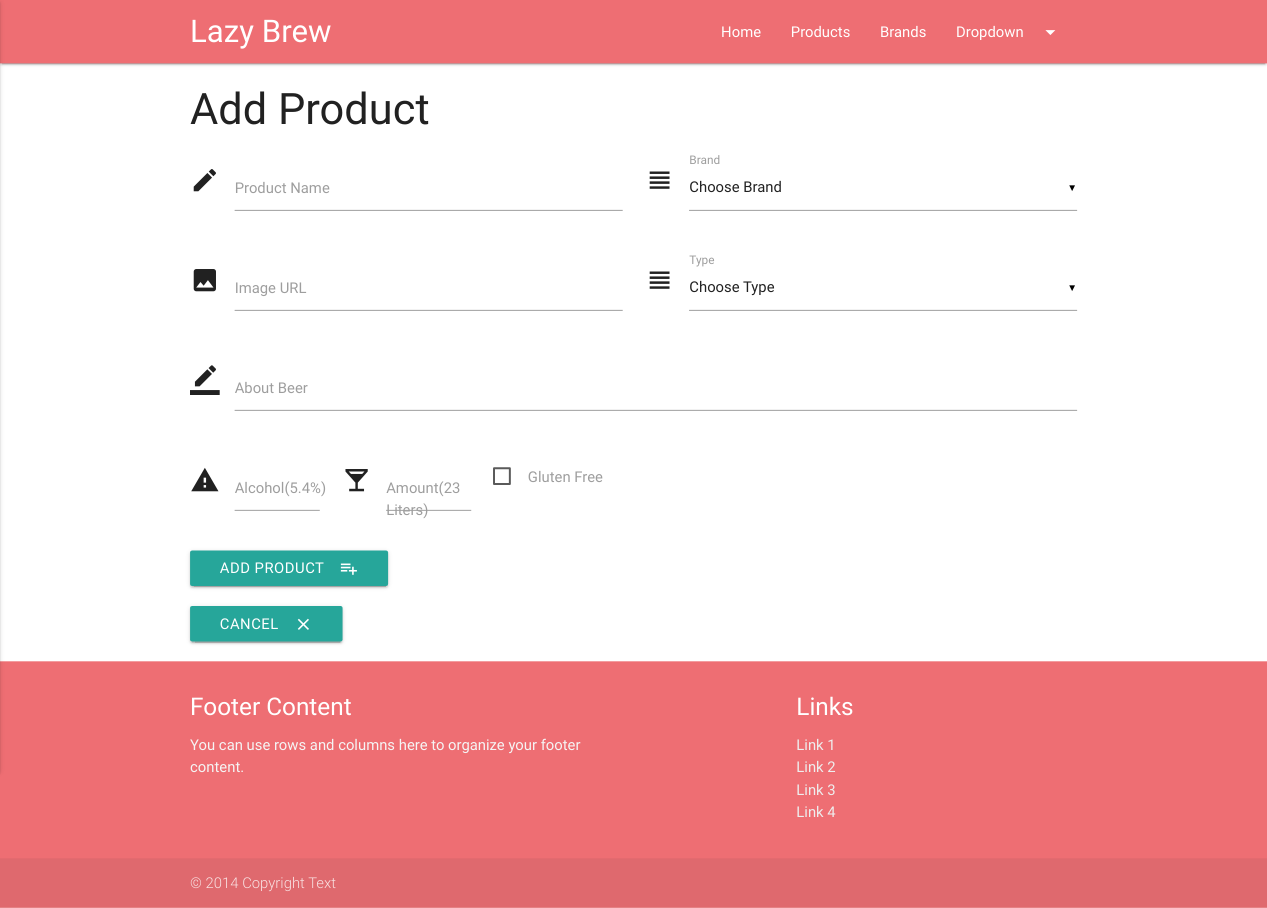
Repository: Leon2ev/lazy-brew
Page: http://localhost/add_product
The author's editor kept a record of every edit. The page is drawn from the files as they stood at one moment, then again after the next edit.
The browser window is 1280 px wide. The pictures show the whole page, at 99% of full size.
Some web libraries are served in a nearby version. The page is served by the project's application, run on Flask 3 (app.py). Queries for data that is not in the repository find no rows.

Above is the page before.

### templates/addproduct.html
{% extends 'base.html' %}
{% block content %}
    <div class="container">
        <h3>Add Product</h3>
        <form action="{{url_for('insert_product')}}" method="POST" class="add_product col s12">
            <div class="row">
                <div class="input-field col s12 l6">
                    <i class="material-icons prefix">create</i>
                    <input id="name" name="name" type="text" class="validate">
                    <label for="icon_prefix">Product Name</label>
                </div>
                <div class="input-field col s12 l6">
                    <i class="material-icons prefix">view_headline</i>
                    <select id="brand_id" name="brand_id">
                        <option value="" disabled selected>Choose Brand</option>
                        {% for brand in brands %}
                            <option value={{brand._id}}>{{brand.name}}</option>
                        {% endfor %}
                    </select>
                    <label>Brand</label>
                </div>
            </div>
            <div class="row">
                <div class="input-field col s12 l6">
                    <i class="material-icons prefix">insert_photo</i>
                    <input id="image_url" name="image_url" type="text" class="validate">
                    <label for="icon_prefix">Image URL</label>
                </div>
                <div class="input-field col s12 l6">
                    <i class="material-icons prefix">view_headline</i>
                    <select id="type_id" name="type_id">
                        <option value="" disabled selected>Choose Type</option>
                        {% for type in types %}
                            <option value="{{type._id}}">{{type.name}}</option>
                        {% endfor %}
                    </select>
                    <label>Type</label>
                </div>
            </div>
            <div class="row">
                <div class="input-field col s12">
                    <i class="material-icons prefix">border_color</i>
                    <input id="description" name="description" type="text" class="validate">
                    <label for="icon_prefix">About Beer</label>
                </div>
            </div>
            <div class="row">
                <div class="input-field col s12 l2">
                    <i class="material-icons prefix">warning</i>
                    <input id="description" name="ndescription" type="text" class="validate">
                    <label for="icon_prefix">Alcohol(5.4%)</label>
                </div>
                <div class="input-field col s12 l2">
                    <i class="material-icons prefix">local_bar</i>
                    <input id="amount" name="amount" type="text" class="validate">
                    <label for="icon_prefix">Amount(23 Liters)</label>
                </div>
                <div class="col s12 l2">
                    <p>
                        <input type="checkbox" id="gluten" name="gluten"/>
                        <label for="gluten">Gluten Free</label>
                    </p>
                </div>
            </div>
            <div class="row">
                <div class="col s12">
                    <button class="btn waves-effect waves-light" type="submit">Add Product
                        <i class="material-icons right">playlist_add</i>
                    </button>
                </div>
            </div>
        </form>
        <div class="row">
            <div class="col s12">
                <a class="waves-effect waves-light btn modal-trigger" href="#modal1">Cancel
                    <i class="material-icons right">clear</i>
                </a>
            </div>
            <div id="modal1" class="modal">
                <div class="modal-content">
                    <h4>Are you agree to cancel?</h4>
                    <p>All progress will be lost.</p>
                </div>
                <div class="modal-footer">
                    <a href="#!" class="modal-action modal-close waves-effect waves-green btn-flat">Go Back</a>
                    <a href="{{url_for('get_products')}}" class="modal-action modal-close waves-effect waves-green btn-flat">Agree</a>
                </div>
            </div>
        </div>
    </div>
{% endblock %}

### templates/base.html
<!DOCTYPE html>
<html lang="en">
    <head>
        <meta charset="UTF-8">
        <meta name="viewport" content="width=device-width, initial-scale=1.0">
        <meta http-equiv="X-UA-Compatible" content="ie=edge">

        <title>Document</title>

        <link href="https://fonts.googleapis.com/icon?family=Material+Icons" rel="stylesheet">
        <link rel="stylesheet" href="https://cdnjs.cloudflare.com/ajax/libs/materialize/0.100.2/css/materialize.min.css">
        <link rel="stylesheet" href="{{url_for('static', filename='css/style.css')}}" type="text/css">
    </head>
    <header>
        <nav>
            <div class="container nav-wrapper">
                <a href="{{url_for('home_page')}}" class="brand-logo">Lazy Brew</a>
                <a href="#" data-activates="mobile-demo" class="button-collapse"><i class="material-icons">menu</i></a>
                <ul class="right hide-on-med-and-down">
                    <li><a href="{{url_for('home_page')}}">Home</a></li>
                    <li><a href="{{url_for('get_products')}}">Products</a></li>
                    <li><a href="{{url_for('get_brands')}}">Brands</a></li>
                    <!-- Dropdown Trigger -->
                    <li><a class="dropdown-button" href="#!" data-activates="dropdown1">Dropdown<i class="material-icons right">arrow_drop_down</i></a></li>
                    <!-- Dropdown Structure -->
                    <ul id="dropdown1" class="dropdown-content">
                        <li><a href="{{url_for('add_product')}}">Add Product</a></li>
                        <li class="divider"></li>
                        <li><a href="{{url_for('add_brand')}}">Add Brand</a></li>
                    </ul>
                </ul>
                <ul class="side-nav" id="mobile-demo">
                    <li><a href="{{url_for('home_page')}}">Home</a></li>
                    <li><a href="{{url_for('get_products')}}">Products</a></li>
                    <li><a href="{{url_for('get_brands')}}">Brands</a></li>
                    <!-- Mobile Dropdown Trigger -->
                    <li><a class="dropdown-button" href="#!" data-activates="dropdown2">Dropdown<i class="material-icons right">arrow_drop_down</i></a></li>
                    <!-- Dropdown Structure -->
                    <ul id="dropdown2" class="dropdown-content">
                        <li><a href="{{url_for('add_product')}}">Add Product</a></li>
                        <li class="divider"></li>
                        <li><a href="{{url_for('add_brand')}}">Add Brand</a></li>
                    </ul>
                </ul>
            </div>
        </nav>
    </header>
    <body>
        {% block content %}{% endblock %}
        <script src="https://cdnjs.cloudflare.com/ajax/libs/jquery/3.2.1/jquery.min.js"></script>
        <script src="https://cdnjs.cloudflare.com/ajax/libs/materialize/0.100.2/js/materialize.min.js"></script>
        <script type="text/javascript">
            $(document).ready(function() {
                $('select').material_select();
                $(".button-collapse").sideNav();
                $(".dropdown-button").dropdown({
                    belowOrigin: true
                    }
                );
                $('.modal').modal();
            });
        </script>
    </body>
    <footer class="page-footer">
        <div class="container">
            <div class="row">
                <div class="col l6 s12">
                    <h5 class="white-text">Footer Content</h5>
                    <p class="grey-text text-lighten-4">You can use rows and columns here to organize your footer content.</p>
                </div>
                <div class="col l4 offset-l2 s12">
                    <h5 class="white-text">Links</h5>
                    <ul>
                        <li><a class="grey-text text-lighten-3" href="#!">Link 1</a></li>
                        <li><a class="grey-text text-lighten-3" href="#!">Link 2</a></li>
                        <li><a class="grey-text text-lighten-3" href="#!">Link 3</a></li>
                        <li><a class="grey-text text-lighten-3" href="#!">Link 4</a></li>
                    </ul>
                </div>
            </div>
        </div>
        <div class="footer-copyright">
            <div class="container">
                © 2014 Copyright Text
            </div>
        </div>
    </footer>
</html>

### app.py
import os
from flask import Flask, render_template, redirect, request, url_for
from flask_pymongo import PyMongo
from bson.objectid import ObjectId

app = Flask(__name__)

# Connection to MongoDB

app.config["MONGO_DBNAME"] = 'beer_brewing'
app.config["MONGO_URI"] = os.getenv('MONGO_URI', 'mongodb://localhost')

mongo = PyMongo(app)

# App routes ------------------------------------------------------------

@app.route('/')

# Home page

@app.route('/home_page')
def home_page():
    return render_template("index.html",
    types=mongo.db.types.find())
# Product Routes
# Product selection

@app.route('/get_products')
def get_products():
    return render_template("products.html",
    products=mongo.db.products.find())

# Single product description

@app.route('/get_description/<product_id>')
def get_description(product_id):
    return render_template("description.html",
    product=mongo.db.products.find_one({"_id": ObjectId(product_id)}))

# Add product

@app.route('/add_product')
def add_product():
    return render_template("addproduct.html",
    brands=mongo.db.brands.find(),
    types=mongo.db.types.find())

# Proceed inserted data to mongo

@app.route('/insert_product', methods=["POST"])
def insert_product():
    products=mongo.db.products
    brand_id = request.form.get('brand_id')
    type_id = request.form.get('type_id')
    dictionary = {
        'name': request.form.get('name'),
        'brand_id': ObjectId(brand_id),
        'image_url': request.form.get('image_url'),
        'type_id': ObjectId(type_id),
        'about': request.form.get('about'),
        'abv': request.form.get('abv'),
        'amount': request.form.get('amount'),
        'gluten': request.form.get('gluten')
    }

    products.insert_one(dictionary)
    return redirect(url_for('get_products'))

# Edit product

@app.route('/edit_product/<product_id>')
def edit_product(product_id):
    return render_template("editproduct.html",
    product=mongo.db.products.find_one({"_id": ObjectId(product_id)}),
    brands=mongo.db.brands.find(),
    types=mongo.db.types.find())

# Update product

@app.route('/update_product/<product_id>', methods=["POST"])
def update_product(product_id):
    products=mongo.db.products
    brand_id = request.form.get('brand_id')
    type_id = request.form.get('type_id')
    products.update({'_id': ObjectId(product_id)},
    {
        'name': request.form.get('name'),
        'brand_id': ObjectId(brand_id),
        'image_url': request.form.get('image_url'),
        'type_id': ObjectId(type_id),
        'about': request.form.get('about'),
        'abv': request.form.get('abv'),
        'amount': request.form.get('amount'),
        'gluten': request.form.get('gluten')
    })
    return redirect(url_for('get_products'))

# Delete product

@app.route('/delete_product/<product_id>')
def delete_product(product_id):
    mongo.db.products.remove({'_id': ObjectId(product_id)})
    return redirect(url_for('get_products'))

# Brand Routes
# Add Brand

@app.route('/get_brands')
def get_brands():
    return render_template("brands.html",
    brands=mongo.db.brands.find())

@app.route('/add_brand')
def add_brand():
    return render_template("addbrand.html")

# Proceed inserted data to mongo

@app.route('/insert_brand', methods=["POST"])
def insert_brand():
    brands=mongo.db.brands
    brands.insert_one(request.form.to_dict())
    return redirect(url_for('get_brands'))

# Edit brand

@app.route('/edit_brand/<brand_id>')
def edit_brand(brand_id):
    return render_template("editbrand.html",
    brand=mongo.db.brands.find_one({"_id": ObjectId(brand_id)}))

# Update brand

@app.route('/update_brand/<brand_id>', methods=["POST"])
def update_brand(brand_id):
    brands=mongo.db.brands
    brands.update({'_id': ObjectId(brand_id)},
    {
        'name': request.form.get('name'),
        'country': request.form.get('country'),
        'website_URL': request.form.get('website_URL'),
        'instruction_URL': request.form.get('instruction_URL'),
    })
    return redirect(url_for('get_brands'))

# Delete brand

@app.route('/delete_brand/<brand_id>')
def delete_brand(brand_id):
    mongo.db.brands.remove({'_id': ObjectId(brand_id)})
    return redirect(url_for('get_brands'))

if __name__ == "__main__":
    app.run(host=os.environ.get('IP'),
        port=int(os.environ.get('PORT')),
        debug=True)

Loaded but not shown: static/css/style.css (no copy from this time; the picture is the same without it)

After the next edit:
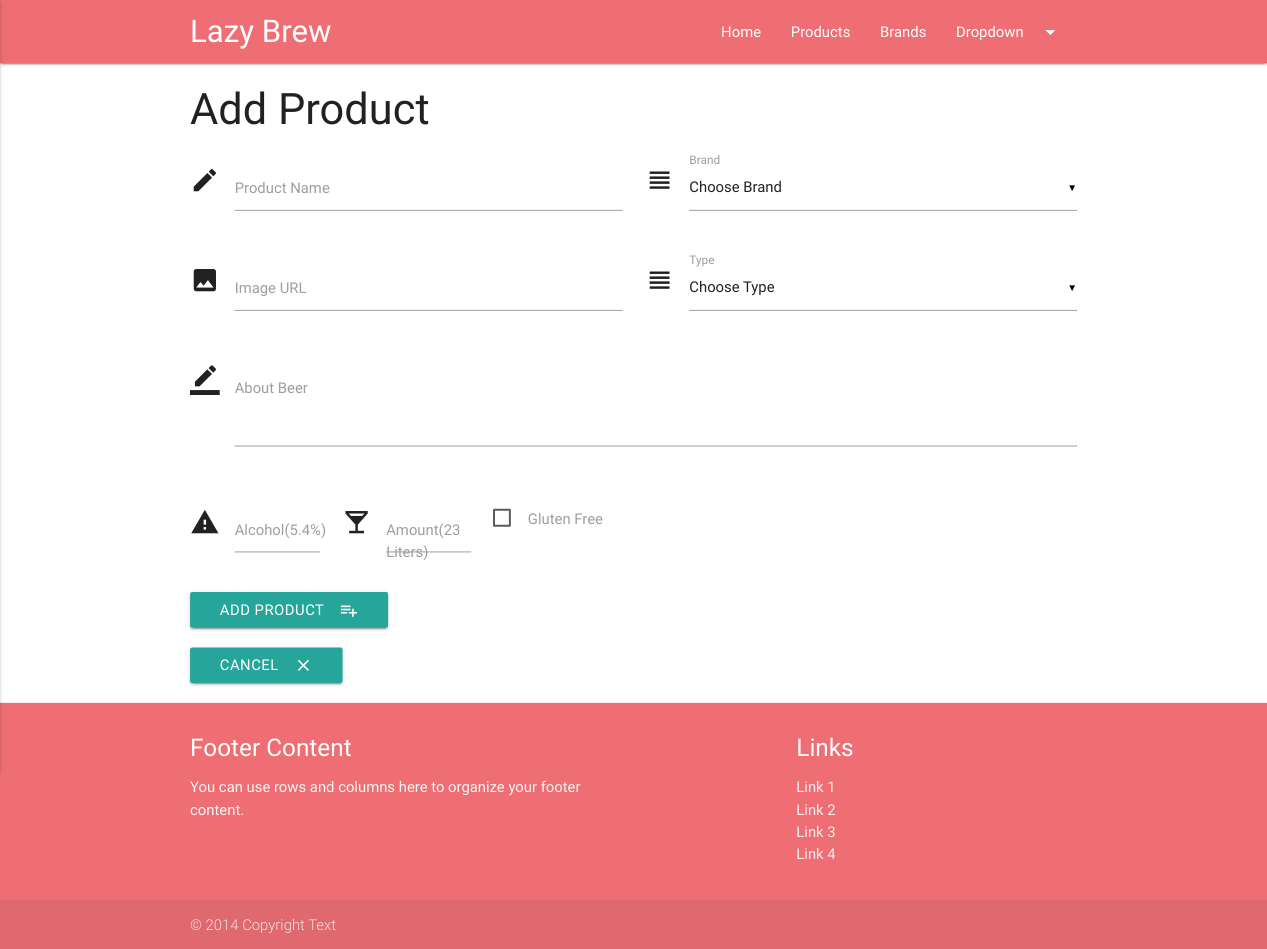
The edit:
--- a/templates/addproduct.html
+++ b/templates/addproduct.html
@@ -40,7 +40,7 @@
             <div class="row">
                 <div class="input-field col s12">
                     <i class="material-icons prefix">border_color</i>
-                    <input id="description" name="description" type="text" class="validate">
+                    <textarea id="textarea1" name="about" class="materialize-textarea"></textarea>
                     <label for="icon_prefix">About Beer</label>
                 </div>
             </div>
